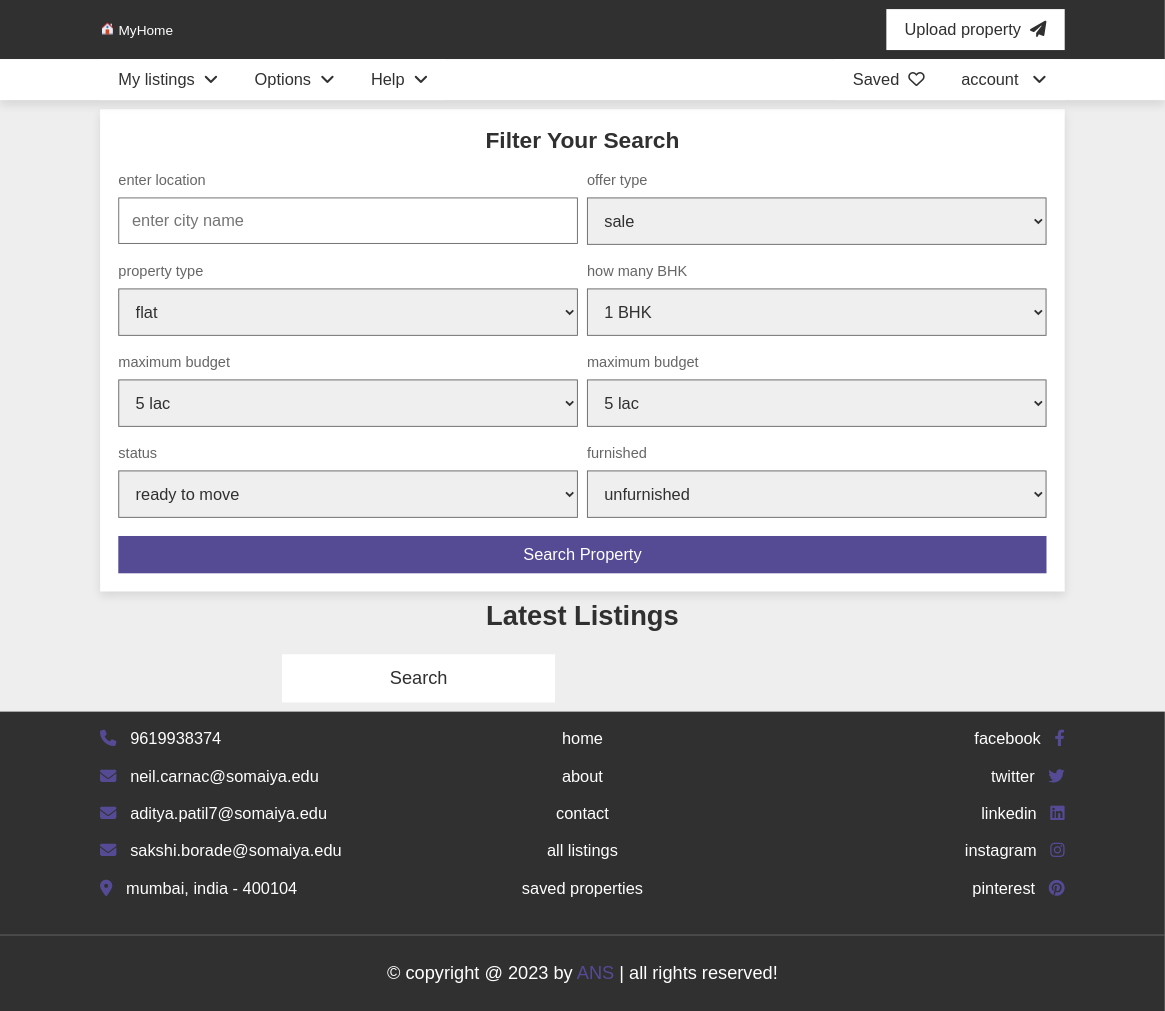
Repository: neilcarnac/wpl-project-realestatewebsite
Page: http://localhost/project/search.php
These files come from the project's save history. The page is drawn as it stood at one moment and after a run of saves; the edit follows.
The browser window is 1280 px wide. The pictures show the whole page, at 91% of full size.
The page is run by PHP 8.4 with error messages shown; the project is at /var/www/html/. Queries for data that is not in the repository find no rows.

Above is the page before, as saved 2023-04-30 16:55:58.

After the next 2 saves:
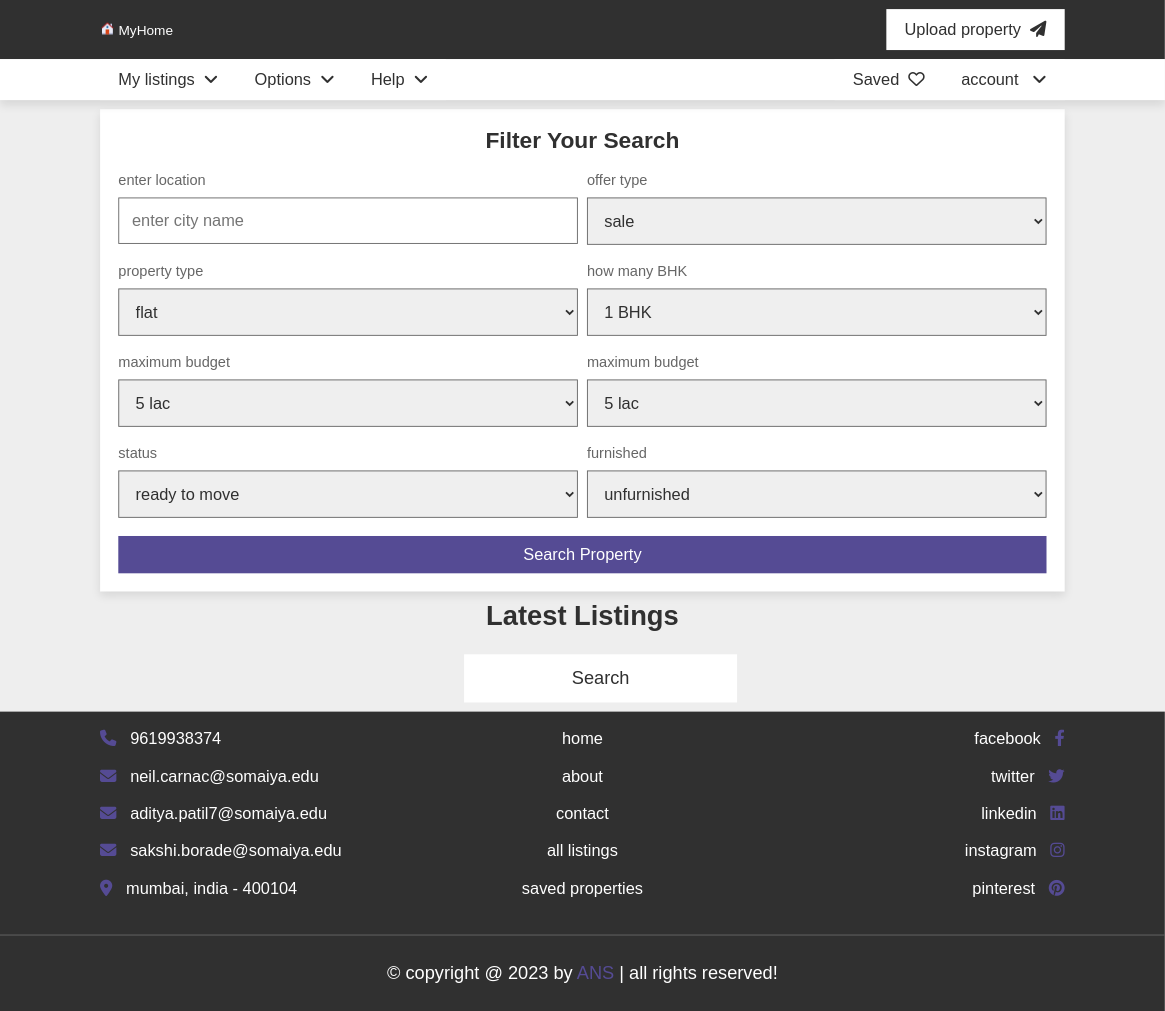
The 2 saves are shown as one change because they came seconds apart.
The last was saved 7 s later.
--- a/project/search.php
+++ b/project/search.php
@@ -299,7 +299,7 @@ if(isset($_POST['h_search'])){
       <?php
          }
       }else{
-         echo '<p class="empty" style="margin-left:200px;">Search</p>';
+         echo '<p class="empty" style="margin-left:400px;">Search</p>';
       }
       ?>
 
